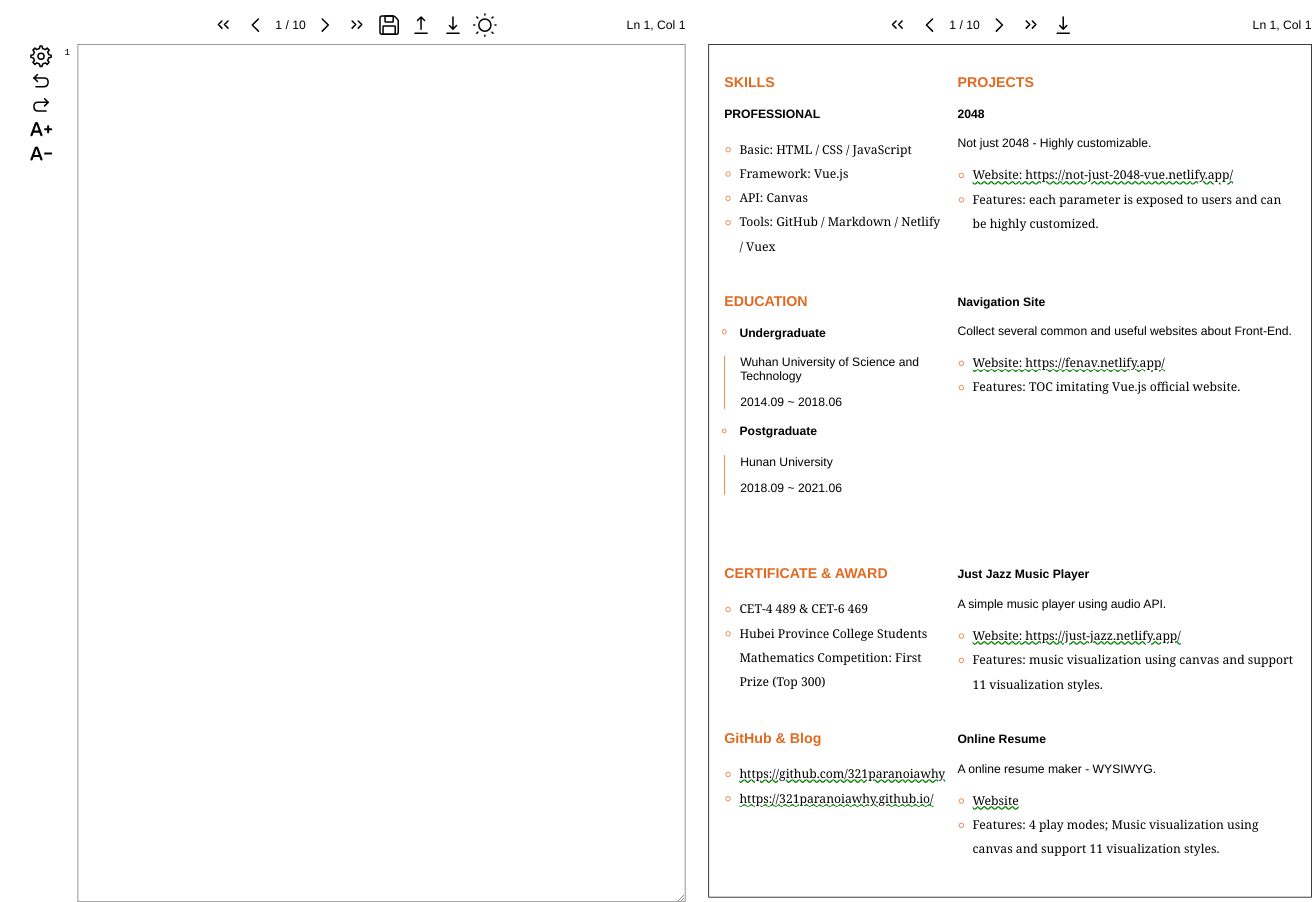
Repository: 321paranoiawhy/online-resume
Page: /
The author's editor kept a copy of each file at every save. The page is drawn from the files as they stood at one save, then again after the next save.
The browser window is 1280 px wide. The page is 1726 px wide, so the pictures cover 1726 px, including what lies to the right of the window. The pictures show the whole page, at 76% of full size.
The project was rebuilt for these pictures with package versions that can differ from the ones it lists, and the page was loaded fresh each time. Also part of the build but not shown: vue.config.js, src/components/Header.vue, src/components/Introduction.vue, src/components/Footer.vue.

Above is the page before, as saved 2022-06-08 17:50:35.

### src/App.vue
<template>
    <router-view />
</template>

<style lang="scss">
html,
body,
#app {
    height: 100%;
}
#app {
    font-family: Avenir, Helvetica, Arial, sans-serif;
    -webkit-font-smoothing: antialiased;
    -moz-osx-font-smoothing: grayscale;
    text-align: center;
    // color: #2c3e50;
}
</style>

### src/css/common.css
:root {
    --A4-width: 210mm;
    --A4-height: 297mm;
    /* CSS 全局变量, 任何地方均可通过 var() 访问变量值 */
    --base: 12;
    /* 基于 --base 计算 --font-size-small 和 --line-height-small */
    /* 参考链接: https://www.ruanyifeng.com/blog/2017/05/css-variables.html */
    --font-size-small: calc(var(--base) * 1px);
    --line-height-small: calc(var(--base) * 1.5px);
    /* 字符间距 */
    --letter-spacing: 0.05em;
}
textarea.left-textarea {
    width: var(--A4-width); /* 210 * 96 / 25.4 = 793.7 px */
    height: var(--A4-height); /* 297 * 96 / 25.4 = 1122.52 px */
    /* 字体大小 */
    font-size: var(--font-size-small);
    /* 行高 */
    line-height: var(--line-height-small);
    /* 字符间距 */
    letter-spacing: var(--letter-spacing);
    /* 统一各浏览器下 textarea 盒模型 */
    margin: 0;
    border-width: 1px;
    padding: 2px;
}
div.right-output {
    /* 1 in = 25.4 mm = 96 px */
    width: var(--A4-width); /* 210 * 96 / 25.4 = 793.7 px */
    height: var(--A4-height); /* 297 * 96 / 25.4 = 1122.52 px */
    margin: 0;
    border: 1px solid red;
    padding: 2px;
    /* & .name {
        border: 1px solid blue;
    } */
}
img {
    width: 32px;
    height: 32px;
    cursor: pointer;
}

### src/views/HomeView.vue
<template>
    <!-- <TopHeader></TopHeader> -->
    <!-- <Introduction></Introduction> -->
    <div class="main-flex">
        <LeftInput class="left-input"></LeftInput>
        <RightOutput></RightOutput>
    </div>
    <!-- <BottomFooter></BottomFooter> -->
</template>

<script>
// @ is an alias to /src
import TopHeader from "@/components/Header.vue";
import Introduction from "@/components/Introduction.vue";
import LeftInput from "@/components/LeftInput.vue";
import RightOutput from "@/components/RightOutput.vue";
import BottomFooter from "@/components/Footer.vue";

// 功能拆解
// 下载源码和渲染结果文件(HTML&CSS, PDF, DOCX), 使用 Pandoc
// LaTeX 语法支持 (引入 MathJax)
// JavaScript 实现 解析
// common.css 负责特定样式
// 切换主题或者切换模板
// 主题 白天 黑夜
// 模板 暂定唯一模板 后续定制更多模板 (寻找优雅的 resume 模板)
// autosave
// localstorage
// 左侧应有快速插入标记, 如 name
export default {
    name: "HomeView",
    components: {
        TopHeader,
        Introduction,
        LeftInput,
        RightOutput,
        BottomFooter,
    },
};
</script>

<style scoped lang="scss">
div.main-flex {
    display: flex;
    width: fit-content;
    & .left-input {
        margin-left: 30px;
        margin-right: 30px;
    }
}
</style>

### src/components/RightOutput.vue
<template>
    <div class="right-output-flex-column">
        <div class="top-flex">
            <div class="center">
                <img
                    v-for="(item, index) in rightOutputImage.slice(0, 2)"
                    :key="index"
                    :src="require('../assets/images/' + item.img_src + '.svg')"
                    :alt="item.img_src"
                    @click="Fn(item.function)"
                />
                <p>{{ currentOutputPage }} / {{ totalOutputPage }}</p>
                <img
                    v-for="(item, index) in rightOutputImage.slice(2)"
                    :key="index"
                    :src="require('../assets/images/' + item.img_src + '.svg')"
                    :alt="item.img_src"
                    @click="Fn(item.function)"
                />
            </div>
            <!-- 快速跳转至某行某列 (默认当前页) -->
            <p @click="gotoLnAndCol">Ln 1, Col 1</p>
        </div>
        <!-- <div class="right-output" ref="output"></div> -->
        <testTemplate></testTemplate>
    </div>
</template>

<script>
import rightOutputImage from "/public/data/rightOutputImage.json";
import testTemplate from "./testTemplate.vue";

import { onMounted, ref, watch } from "@vue/runtime-core";
import { useStore } from "vuex";

export default {
    name: "RightOutput",
    components: {
        testTemplate,
    },
    setup() {
        let currentOutputPage = ref(1);
        let totalOutputPage = ref(10);
        const store = useStore();
        let output = ref(null);
        // 思路一: 根据左边输入栏实时输出至右边, 并设置相应的样式
        // 思路二: 默认右边已有示例模板, 左边输入栏实时输入右边输出栏实时更新替换
        // 思路二更优: 用户可预览, 页面须有提示或者有帮助文档 F1 查看 各块对应语法 syntax
        onMounted(() => {
            // output.value.value = computed(() => {
            //     console.log(store.state.compiledHTML);
            //     return store.state.compiledHTML;
            // });
            // output.value.innerHTML = store.state.compiledHTML;
        });
        watch(
            () => store.state.compiledHTML,
            () => {
                output.value.innerHTML = store.state.compiledHTML;
                // 设置 CSS 样式
            }
        );
        return {
            rightOutputImage,
            currentOutputPage,
            totalOutputPage,
            output,
        };
    },
};
</script>

<style scoped lang="scss">
.right-output-flex-column {
    display: flex;
    flex-direction: column;
    & div.top-flex {
        display: flex;
        width: 210mm;
        margin-left: auto;
        justify-content: center;
        & div.center {
            flex-grow: 1;
            display: flex;
            justify-content: center;
            align-items: center;
            gap: 10px;
        }
    }
}
</style>

### src/components/Sidebar.vue
<template>
    <div class="sidebar-flex-column">
        <img
            v-for="(item, index) in sidebarImage"
            :key="index"
            :src="require('../assets/images/' + item.img_src + '.svg')"
            :alt="item.img_src"
            @click="Fn(item.function)"
        />
    </div>
</template>

<script>
// 引入图片 json 数据文件
import sidebarImage from "/public/data/sidebarImage.json";

export default {
    name: "Sidebar",
    setup() {
        // 当前 base
        let currentBase = 12;
        // Fn: 根据入参执行相应函数
        let Fn = (parameter) => {
            switch (parameter) {
                case "set":
                    break;
                // 撤销 TODO(有限次 or 无限次)
                case "undo":
                    break;
                // 重做 TODO
                case "redo":
                    break;
                // 每次 --base +2
                case "textIncrease":
                    // 最大值: 24 (2*12)
                    if (currentBase === 24) {
                        return;
                    }
                    // 修改 root --base (可同步修改 --font-size-small,--line-height-small)
                    document.documentElement.style.setProperty(
                        "--base",
                        `${currentBase + 2}`
                    );
                    // 更新 currentBase
                    currentBase += 2;
                    break;
                // 每次 --base -2
                case "textDecrease":
                    // 最小值: 8
                    if (currentBase === 8) {
                        return;
                    }
                    document.documentElement.style.setProperty(
                        "--base",
                        `${currentBase - 2}`
                    );
                    // 更新 currentBase
                    currentBase -= 2;
                    break;
                default:
                    break;
            }
        };
        return {
            sidebarImage,
            currentBase,
            Fn,
        };
    },
};
</script>

<style scoped lang="scss">
.sidebar-flex-column {
    display: flex;
    flex-direction: column;
    width: fit-content;
    height: fit-content;
}
</style>

### src/components/testTemplate.vue
<template>
    <div class="grid">
        <div>
            <h3>SKILLS</h3>
            <h4>PROFESSIONAL</h4>
            <ul>
                <li>Basic: HTML / CSS / JavaScript</li>
                <li>Framework: Vue.js</li>
                <li>API: Canvas</li>
                <li>Tools: GitHub / Markdown / Netlify / Vuex</li>
            </ul>
        </div>
        <div>
            <h3>PROJECTS</h3>
            <h4>2048</h4>
            <p>Not just 2048 - Highly customizable.</p>
            <ul>
                <li>
                    <a href="https://not-just-2048-vue.netlify.app/"
                        >Website: https://not-just-2048-vue.netlify.app/</a
                    >
                </li>
                <li>
                    Features: each parameter is exposed to users and can be
                    highly customized.
                </li>
            </ul>
        </div>
        <div>
            <h3>EDUCATION</h3>
            <h4 class="disc">Undergraduate</h4>
            <div class="border">
                <p>Wuhan University of Science and Technology</p>
                <p>2014.09 ~ 2018.06</p>
            </div>
            <h4 class="disc">Postgraduate</h4>
            <div class="border">
                <p>Hunan University</p>
                <p>2018.09 ~ 2021.06</p>
            </div>
        </div>
        <div>
            <h4>Navigation Site</h4>
            <p>Collect several common and useful websites about Front-End.</p>
            <ul>
                <li>
                    <a href="https://fenav.netlify.app/"
                        >Website: https://fenav.netlify.app/</a
                    >
                </li>
                <li>Features: TOC imitating Vue.js official website.</li>
            </ul>
        </div>
        <div>
            <h3>CERTIFICATE & AWARD</h3>
            <ul>
                <li>CET-4 489 & CET-6 469</li>
                <li>
                    Hubei Province College Students Mathematics Competition:
                    First Prize (Top 300)
                </li>
            </ul>
        </div>
        <div>
            <h4>Just Jazz Music Player</h4>
            <p>A simple music player using audio API.</p>
            <ul>
                <li>
                    <a href="https://just-jazz.netlify.app/"
                        >Website: https://just-jazz.netlify.app/</a
                    >
                </li>
                <li>
                    Features: music visualization using canvas and support 11
                    visualization styles.
                </li>
            </ul>
        </div>
        <div>
            <h3>GitHub & Blog</h3>
            <ul>
                <li>
                    <a href="https://github.com/321paranoiawhy"
                        >https://github.com/321paranoiawhy</a
                    >
                </li>
                <li>
                    <a href="https://321paranoiawhy.github.io/"
                        >https://321paranoiawhy.github.io/</a
                    >
                </li>
            </ul>
        </div>
        <div>
            <h4>Online Resume</h4>
            <p>A online resume maker - WYSIWYG.</p>
            <ul>
                <li>
                    <a href="https://just-jazz.netlify.app/">Website</a>
                </li>
                <li>
                    Features: 4 play modes; Music visualization using canvas and
                    support 11 visualization styles.
                </li>
            </ul>
        </div>
    </div>
</template>

<script>
export default {
    name: "testTemplate",
    setup() {
        return {};
    },
};
</script>

<style scoped lang="scss">
// @import url("https://fonts.googleapis.com/css2?family=Cormorant+Garamond:wght@500&display=swap");
$margin-left: 20px;
div.grid {
    display: grid;
    grid-template-columns: 0.618fr 1fr;
    // grid-template-rows: auto;
    column-gap: 1rem;
    width: var(--A4-width);
    height: var(--A4-height);
    // background-color: #e6e6e6;
    text-align: left;
    // border-box
    box-sizing: border-box;
    // 内边距
    padding: 20px;
    border: 1px solid;
    & ul {
        padding: 0 0 0 $margin-left;
        margin: 0;
        list-style-type: circle;
        font-family: Cambria;
        & li {
            & img {
                width: 24px;
                height: 24px;
                vertical-align: middle;
                margin-right: 5px;
            }
            height: 2rem;
            line-height: 2rem;
        }
    }
    & ul li::marker {
        color: #e26921;
    }
    & h3 {
        color: #e26921;
    }
    & h4.disc {
        position: relative;
        margin-left: $margin-left;
        &::before {
            position: absolute;
            content: " ";
            left: -23.2px;
            top: 25%;
            width: 4.4px;
            height: 4.4px;
            border: 1px solid #e26921;
            border-radius: 50%;
        }
    }
    & a {
        text-decoration: green wavy underline;
        color: inherit;
        // font-family: Cambria;
        // font-family: "Cormorant Garamond", serif;
    }
    & div.border {
        border-left: 1px solid #e26921;
        & p {
            margin-left: $margin-left;
        }
    }
}
</style>

Loaded but not shown: public/index.html (common file); src/router/index.js (common file); public/data/leftInputImage.json (30 lines, source omitted); public/data/rightOutputImage.json (22 lines, source omitted); public/data/sidebarImage.json (22 lines, source omitted); src/store/index.js (34 lines, source omitted); src/main.js (8 lines, source omitted); src/components/LeftInput.vue (291 lines, source omitted)

After the next save:
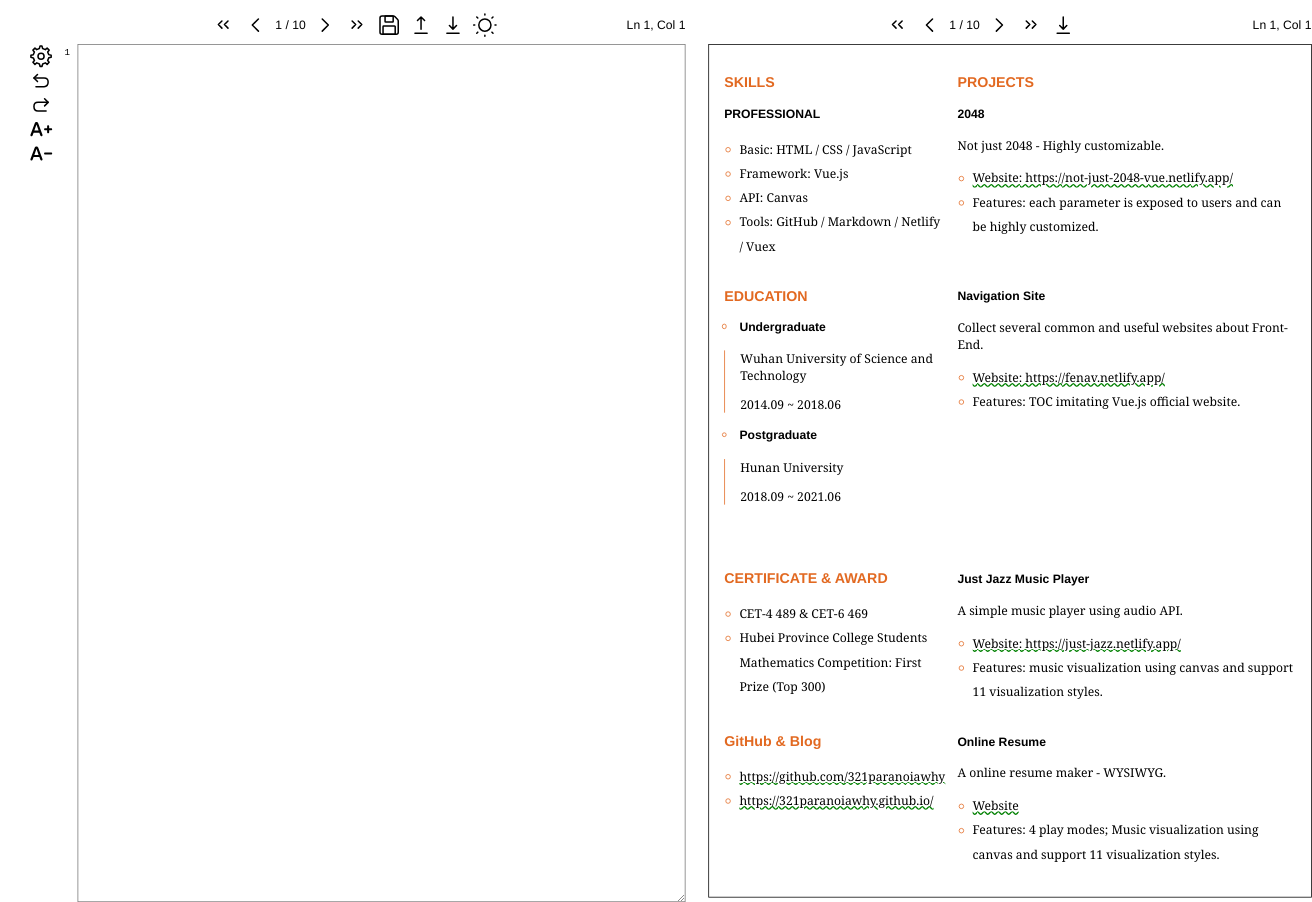
Saved 51 s later.
--- a/src/components/testTemplate.vue
+++ b/src/components/testTemplate.vue
@@ -152,6 +152,9 @@ div.grid {
     & ul li::marker {
         color: #e26921;
     }
+    & p {
+        font-family: Cambria;
+    }
     & h3 {
         color: #e26921;
     }
